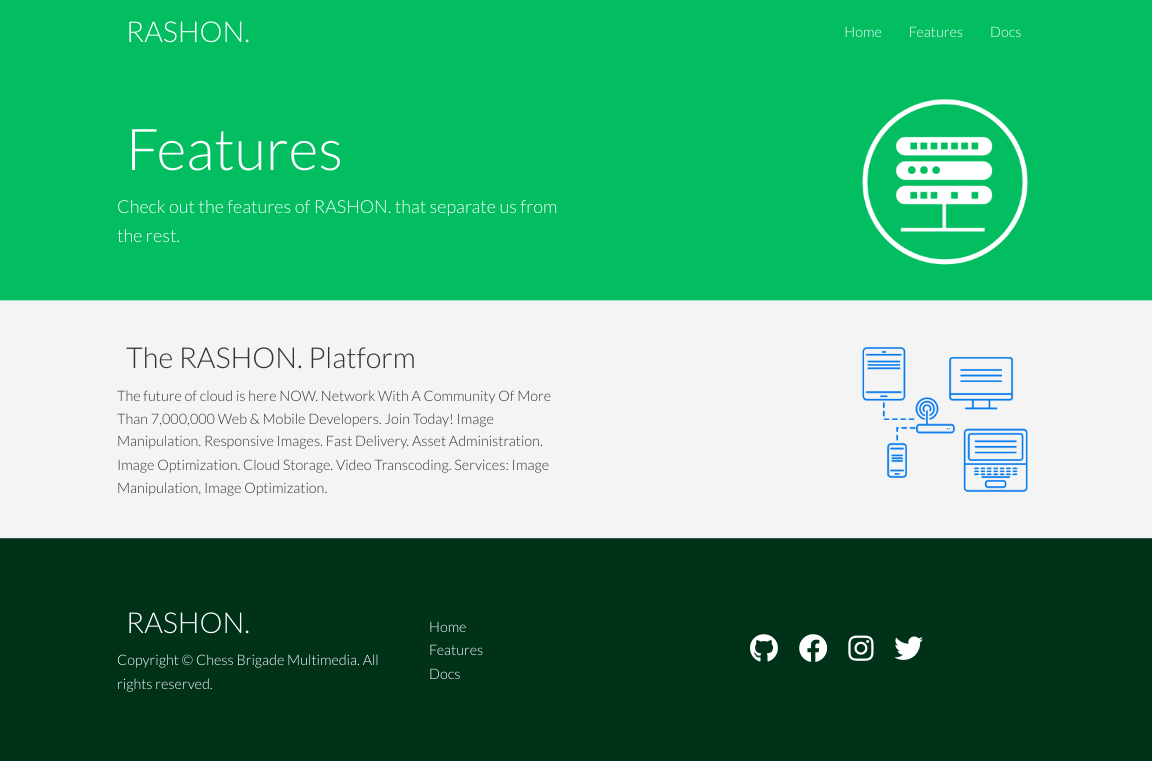
Repository: Skilis/website-modern
Page: features.html
An editor plug-in stored every save of this project. The page is shown before and after the next save, followed by the edit.
The browser window is 1280 px wide. The pictures show the whole page, at 90% of full size.

Above is the page before, as saved 2020-10-23 17:16:43.

### features.html
<!DOCTYPE html>
<html lang="en">

<head>
  <meta charset="UTF-8">
  <meta name="viewport" content="width=device-width, initial-scale=1.0">
  <link rel="stylesheet" href="https://cdnjs.cloudflare.com/ajax/libs/font-awesome/5.15.1/css/all.min.css"
    integrity="sha512-+4zCK9k+qNFUR5X+cKL9EIR+ZOhtIloNl9GIKS57V1MyNsYpYcUrUeQc9vNfzsWfV28IaLL3i96P9sdNyeRssA=="
    crossorigin="anonymous" />
  <link rel="stylesheet" href="css/utilities.css">
  <link rel="stylesheet" href="css/style.css">

  <title>Rashon | Cloud Hosting For The SuperPhly</title>
</head>

<body>
  <!-- Navbar-->
  <div class="navbar">
    <div class="container flex">
      <h1 class="logo">RASHON.</h1>
      <nav>
        <ul>
          <li><a href="index.html">Home</a></li>
          <li><a href="features.html">Features</a></li>
          <li><a href="docs.html">Docs</a></li>
        </ul>
      </nav>
    </div>

  </div>

  <!-- Head -->
  <section class="features-head bg-primary py-3">
    <div class="container grid">
      <div>
        <h1 class="xl">Features</h1>
        <p class="lead">Check out the features of RASHON. that separate us from the rest.</p>
      </div>
      <img src="images/server.png" alt="">
    </div>
  </section>

  <!--Sub head -->

  <section class="features-sub-head bg-light py-3">
    <div class="container grid">
      <div>
        <h1 class="md">The RASHON. Platform</h1>
        <p class="">The future of cloud is here NOW. Network With A Community Of More Than 7,000,000 Web & Mobile
          Developers. Join Today! Image Manipulation. Responsive Images. Fast Delivery. Asset Administration. Image
          Optimization. Cloud Storage. Video Transcoding. Services: Image Manipulation, Image Optimization.</p>
      </div>
      <img src="images/server2.png" alt="">
    </div>

  </section>

  <!-- Footer -->

  <footer class="footer bg-dark py-5">
    <div class="container grid grid-3">
      <div>
        <h1>RASHON.</h1>
        <p>Copyright &copy; Chess Brigade Multimedia. All rights reserved.</p>
      </div>
      <nav>
        <ul>
          <li><a href="index.html">Home</a></li>
          <li><a href="features.html">Features</a></li>
          <li><a href="docs.html">Docs</a></li>
        </ul>
      </nav>
      <div class="social">
        <a href="https://skilis.github.io/CBMM-Development/"><i class="fab fa-github fa-2x"></i></a>
        <a href="https://www.facebook.com/ChessChessBrigadeInc/"><i class="fab fa-facebook fa-2x"></i></a>
        <a href="https://www.instagram.com/skilis_creates/"><i class="fab fa-instagram fa-2x"></i></a>
        <a href="https://twitter.com/skilisthedon"><i class="fab fa-twitter fa-2x"></i></a>
      </div>
    </div>
  </footer>


</body>

</html>

### css/utilities.css
.container {
  max-width: 1100px;
  margin: 0 auto;
  overflow: auto;
  padding: 0 40px;
}

.card {
  background-color: #fff;
  color: #333;
  border-radius: 10px;
  box-shadow: 0 3px 10px rgba(0, 0, 0, 0.2);
  padding: 20px;
  margin: 10px;
}

.btn {
  display: inline-block;
  padding: 10px 30px;
  cursor: pointer;
  background: var(--primary-color);
  color: #fff;
  border: none;
  border-radius: 5px;
}

.btn-outline {
  background-color: transparent;
  border: 1px #fff solid;
}

.btn:hover {
  transform: scale(.98);
}

/* Backgrounds & Colored Buttons */

.bg-primary,
.btn-primary {
  background-color: var(--primary-color);
  color: #fff;
}

.bg-secondary,
.btn-secondary {
  background-color: var(--secondary-color);
  color: #fff;
}

.bg-dark,
.btn-dark {
  background-color: var(--dark-color);
  color: #fff;
}

.bg-primary a,
.btn-primary a,
.bg-secondary a,
.btn-secondary a,
.bg-dark a,
.btn-dark a {
  color: #fff;
}

.bg-light,
.btn-light {
  background-color: var(--light-color);
  color: #333;
}

/* Text Sizes */

.lead {
  font-size: 20px;
}

.sm {
  font-size: 1rem;
}

.md {
  font-size: 2rem;
}

.lg {
  font-size: 3rem;
}

.xl {
  font-size: 4rem;
}

.text-center {
  text-align: center;
}

.flex {
  display: flex;
  justify-content: center;
  align-items: center;
  height: 100%;
}

.grid {
  display: grid;
  grid-template-columns: repeat(2, 1fr);
  gap: 20px;
  justify-content: center;
  align-items: center;
  height: 100%;
}

.grid-3 {
  grid-template-columns: repeat(3, 1fr);
}

/* Margin */

.my-1 {
  margin: 1rem;
}

.my-2 {
  margin: 1.5rem 0;
}

.my-3 {
  margin: 2rem 0;
}

.my-4 {
  margin: 3rem 0;
}

.my-5 {
  margin: 4rem 0;
}

.m-1 {
  margin: 1rem;
}

.m-2 {
  margin: 1.5rem;
}

.m-3 {
  margin: 2rem;
}

.m-4 {
  margin: 3rem;
}

.m-5 {
  margin: 4rem;
}

/* Padding */

.py-1 {
  padding: 1rem;
}

.py-2 {
  padding: 1.5rem 0;
}

.py-3 {
  padding: 2rem 0;
}

.py-4 {
  padding: 3rem 0;
}

.py-5 {
  padding: 4rem 0;
}

.p-1 {
  padding: 1rem;
}

.p-2 {
  padding: 1.5rem;
}

.p-3 {
  padding: 2rem;
}

.p-4 {
  padding: 3rem;
}

.p-5 {
  padding: 4rem;
}

### css/style.css
@import url('https://fonts.googleapis.com/css2?family=Lato:wght@300&display=swap');

:root {
  --primary-color: #03be61;
  --secondary-color: #026e38;
  --dark-color: #003119;
  --light-color: #f4f4f4;
}

* {
  box-sizing: border-box;
  padding: 0;
  margin: 0;
}

body {
  font-family: 'Lato', sans-serif;
  color: #333;
  line-height: 1.6;
}

ul {
  list-style-type: none;
}

a {
  text-decoration: none;
  color: #333;
}

h1,
h2 {
  font-weight: 300;
  line-height: 1.2;
  margin: 10px;
}

p {
  margin: 10px 0;
}

img {
  width: 100%;
}

/* Navrbar*/

.navbar {
  background-color: var(--primary-color);
  color: #fff;
  height: 70px;
}

.navbar ul {
  display: flex;
}

.navbar a {
  color: #fff;
  padding: 10px;
  margin: 0 5px;
}

.navbar a:hover {
  border-bottom: 2px white solid;
}

.navbar .flex {
  justify-content: space-between;
}

/* Showcase*/

.showcase {
  height: 400px;
  background-color: var(--primary-color);
  color: white;
  position: relative;
}

.showcase h1 {
  font-size: 40px;
}

.showcase p {
  margin: 20px 0;
}

.showcase .grid {
  overflow: visible;
  grid-template-columns: 55% 45%;
  gap: 30px;
}

.showcase-form {
  position: relative;
  top: 60px;
  height: 350px;
  width: 400px;
  padding: 40px;
  z-index: 100;
}

.showcase-form .form-control {
  margin: 30px 0;
}

.showcase-form input[type='text'],
.showcase-form input[type='email'] {
  border: 0;
  border-bottom: 1px solid #b4becb;
  width: 100%;
  padding: 3px;
  font-size: 16px;
}

.showcase-form input:focus {
  outline: none;
}

.showcase::before,
.showcase::after {
  content: '';
  position: absolute;
  height: 100px;
  bottom: -70px;
  right: 0;
  left: 0;
  background: white;
  transform: skewY(-3deg);
  -webkit-transform: skewY(-3deg);
  -moz-transform: skewY(-3deg);
  -ms-transform: skewY(-3deg);
}

/* Stats */

.stats {
  padding-top: 100px;
}

.stats-heading {
  max-width: 500px;
  margin: auto;
}

.stats .grid h3 {
  font-size: 35px;
}

.stats .grid p {
  font-size: 20px;
  font-weight: bold;
}

/* Cli */

.cli .grid {
  grid-template-columns: repeat(3, 1fr);
  grid-template-rows: repeat(2, 1fr);
}

.cli .grid>*:first-child {
  grid-column: 1 / span 2;
  grid-row: 1 / span 2;
}

/* Cloud */

.cloud .grid {
  grid-template-columns: 4fr 3fr;
}

/* Languages */

.languages .flex {
  flex-wrap: wrap;
}

.languages .card {
  text-align: center;
  margin: 18px 10px 40px;
  transition: transform 0.2s ease-in;
}

.languages .card h4 {
  font-size: 20px;
  margin-bottom: 10px;
}

.languages .card:hover {
  transform: translateY(-15px);
}

/* Features */

.features-head img,
.features-sub-head img {
  width: 200px;
  justify-self: flex-end;
}

/* Footer */

.footer .social a {
  margin: 0 10px;
}

/* Tablets and under*/

@media(max-width: 768px) {

  .grid,
  .showcase .grid,
  .stats .grid,
  .cli .grid,
  .cloud .grid {
    grid-template-columns: 1fr;
    grid-template-rows: 1fr;
  }

  .showcase {
    height: auto;
  }

  .showcase-text {
    text-align: center;
    margin-top: 40px;
  }

  .showcase-form {
    justify-self: center;
    margin: auto;
  }

  .cli .grid>*:first-child {
    grid-column: 1;
    grid-row: 1;
  }

}

/* Mobile*/

@media(max-width: 500px) {
  .navbar {
    height: 110px;
  }

  .navbar .flex {
    flex-direction: column;
  }

  .navbar ul {
    padding: 10px;
    background-color: rgba(0, 0, 0, 0.1);
  }
}

After the next save:
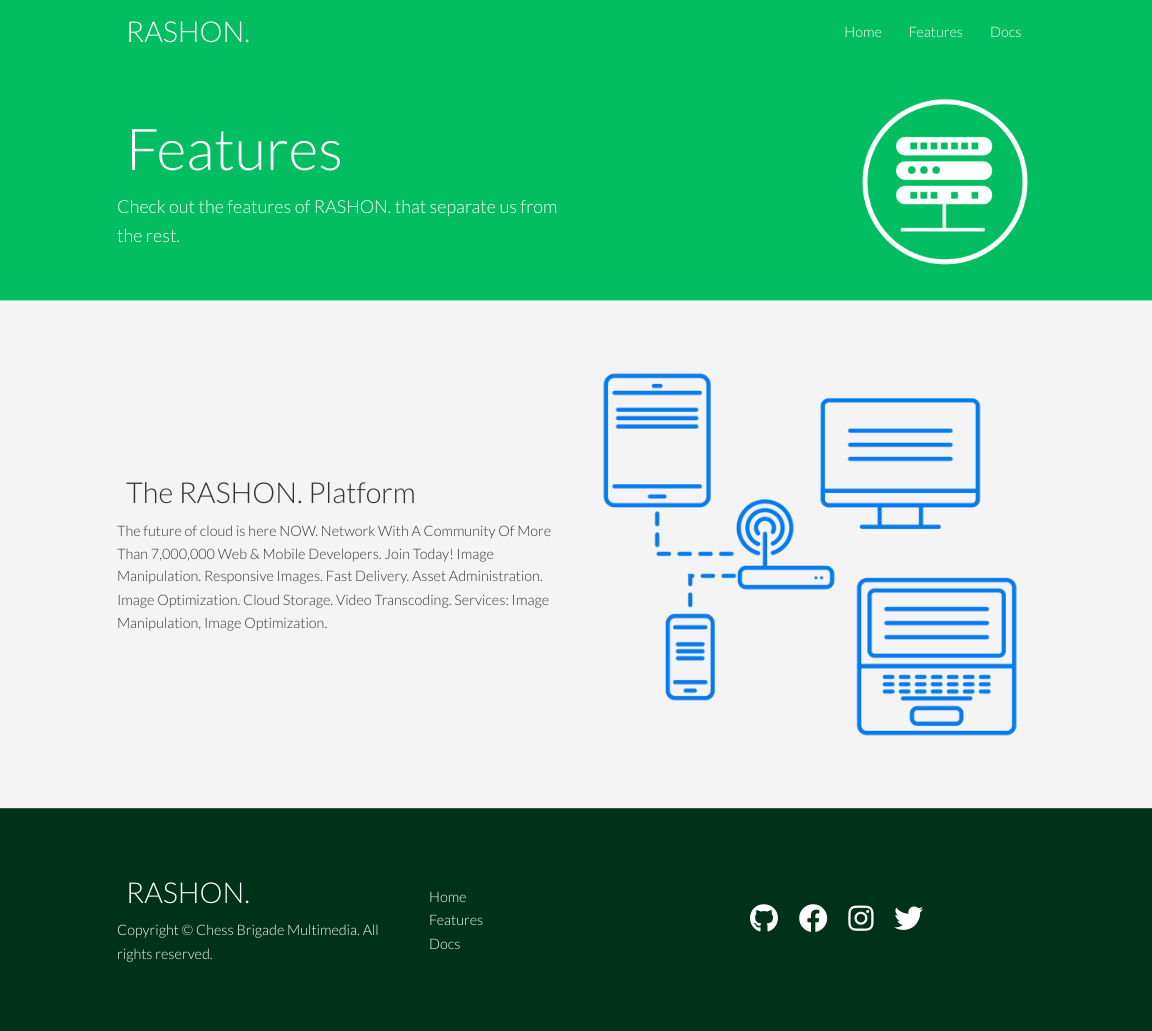
Saved 37 s later.
--- a/css/style.css
+++ b/css/style.css
@@ -194,8 +194,7 @@ img {
 
 /* Features */
 
-.features-head img,
-.features-sub-head img {
+.features-head img {
   width: 200px;
   justify-self: flex-end;
 }
